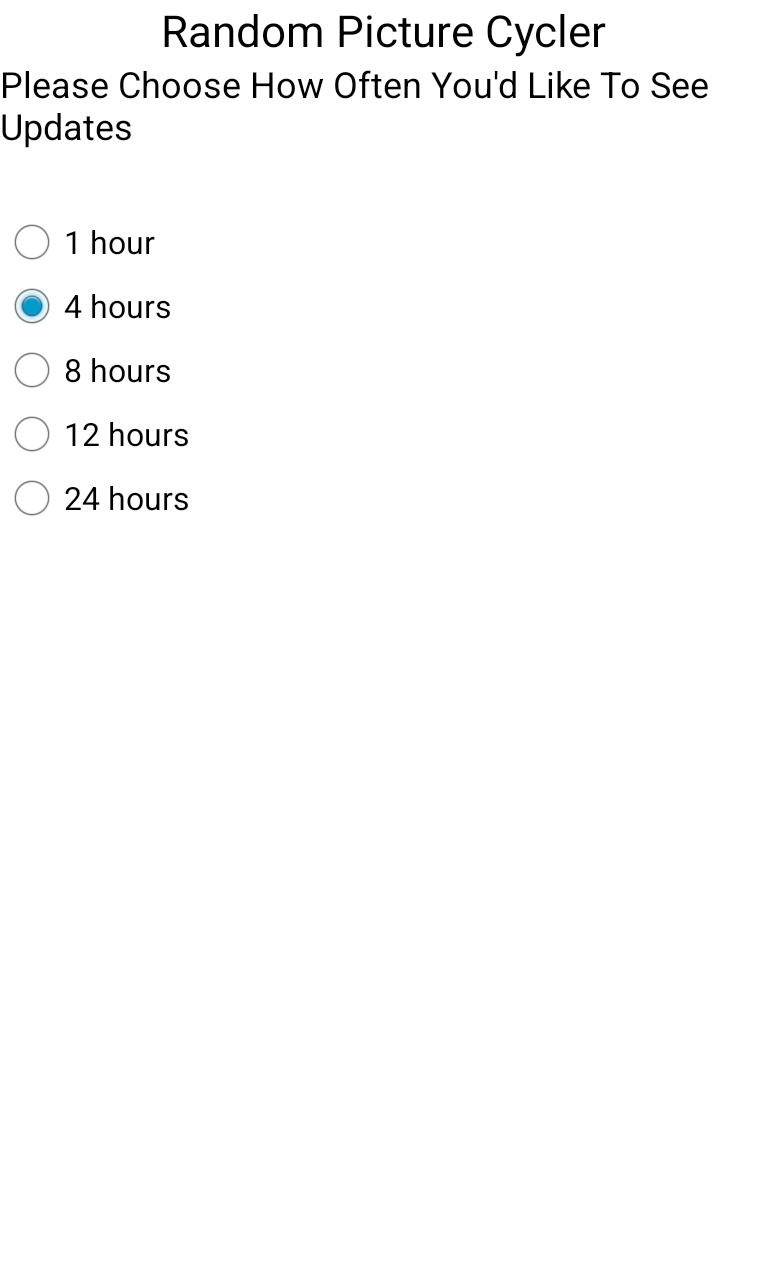
Repository: scottcaruso/MDF3_widgets_and_action_bars
Layout: PictureViewWidget/res/layout/configure_widget.xml
An editor plug-in stored every save of this project. The layout is shown before and after the next save, followed by the edit.
It is drawn on a 768 x 1280 px phone screen (xhdpi) without system bars, with theme AppTheme; the app's code is not run.

Above is the layout before, as saved 2013-09-19 08:01:22.

### PictureViewWidget/res/layout/configure_widget.xml
<?xml version="1.0" encoding="utf-8"?>
<LinearLayout xmlns:android="http://schemas.android.com/apk/res/android"
    android:layout_width="match_parent"
    android:layout_height="match_parent"
    android:orientation="vertical" >

    <TextView
        android:id="@+id/textView1"
        android:layout_width="wrap_content"
        android:layout_height="wrap_content"
        android:layout_gravity="center"
        android:text="@string/random_picture_cycler"
        android:textAppearance="?android:attr/textAppearanceLarge" />

    <TextView
        android:id="@+id/textView2"
        android:layout_width="wrap_content"
        android:layout_height="wrap_content"
        android:layout_gravity="center"
        android:text="@string/please_choose_how_often_you_d_like_to_see_updates"
        android:textAppearance="?android:attr/textAppearanceMedium"
        android:paddingBottom="30dp" />

    <RadioGroup
        android:id="@+id/radio_hours"
        android:layout_width="wrap_content"
        android:layout_height="wrap_content" >

        <RadioButton
            android:id="@+id/radioOne"
            android:layout_width="wrap_content"
            android:layout_height="wrap_content"
            android:text="@string/_1_hour" />

        <RadioButton
            android:id="@+id/radioFour"
            android:layout_width="wrap_content"
            android:layout_height="wrap_content"
            android:text="@string/_4_hours"
            android:checked="true" />

        <RadioButton
            android:id="@+id/radioEight"
            android:layout_width="wrap_content"
            android:layout_height="wrap_content"
            android:text="@string/_8_hours" />

        <RadioButton
            android:id="@+id/radioTwelve"
            android:layout_width="wrap_content"
            android:layout_height="wrap_content"
            android:text="@string/_12_hours" />

        <RadioButton
            android:id="@+id/radioTwentyFour"
            android:layout_width="wrap_content"
            android:layout_height="wrap_content"
            android:text="@string/_24_hours" />

    </RadioGroup>

</LinearLayout>

### PictureViewWidget/res/values/strings.xml
<?xml version="1.0" encoding="utf-8"?>
<resources>

    <string name="app_name">PictureViewWidget</string>
    <string name="action_settings">Settings</string>
    <string name="hello_world">Hello world!</string>
    <string name="_1_hour">1 hour</string>
    <string name="_4_hours">4 hours</string>
    <string name="_8_hours">8 hours</string>
    <string name="_12_hours">12 hours</string>
    <string name="_24_hours">24 hours</string>
    <string name="random_picture_cycler">Random Picture Cycler</string>
    <string name="please_choose_how_often_you_d_like_to_see_updates">Please Choose How Often You\'d Like To See Updates</string>

</resources>

Loaded but not shown: PictureViewWidget/res/values/styles.xml (common file); PictureViewWidget/res/values-v11/styles.xml (common file); PictureViewWidget/res/values-v14/styles.xml (common file)

After the next save:
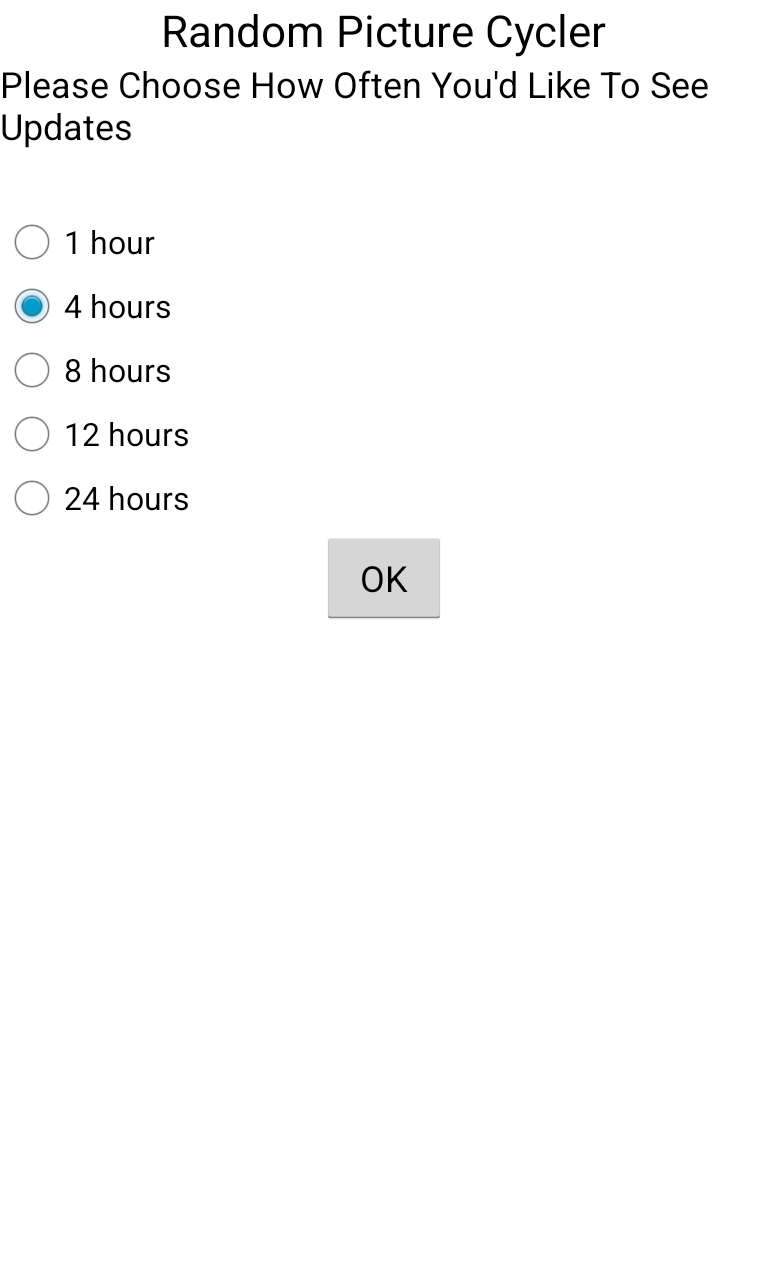
Saved 25 s later.
--- a/PictureViewWidget/res/layout/configure_widget.xml
+++ b/PictureViewWidget/res/layout/configure_widget.xml
@@ -59,4 +59,11 @@
 
     </RadioGroup>
 
+    <Button
+        android:id="@+id/button1"
+        android:layout_width="wrap_content"
+        android:layout_height="wrap_content"
+        android:layout_gravity="center"
+        android:text="OK" />
+
 </LinearLayout>
